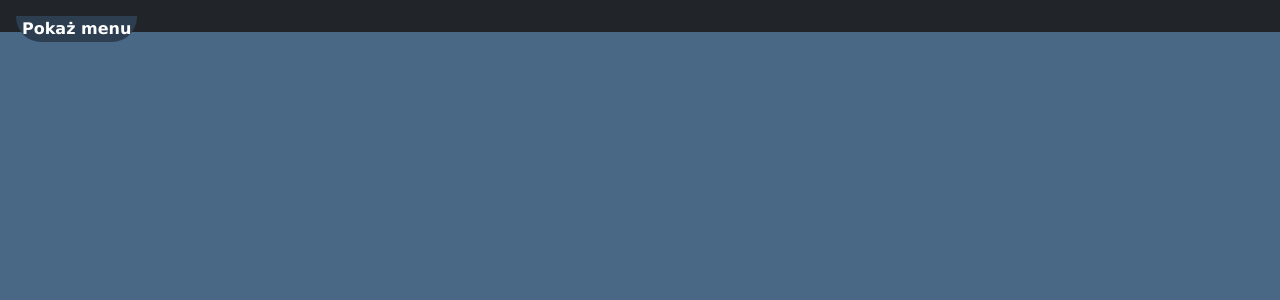
Repository: K4ziWolf/kazi
Page: /
These files come from the project's save history. The page is drawn as it stood at one moment and after the next save; the edit follows.
The browser window is 1280 px wide. The pictures show the whole page.
The project was rebuilt for these pictures with package versions that can differ from the ones it lists, and the page was loaded fresh each time. Also part of the build but not shown: vue.config.js, src/components/menu_screen.vue, src/components/login_screen.vue, src/components/option_screen.vue.

Above is the page before, as saved 2023-10-20 21:21:57.

After the next save:
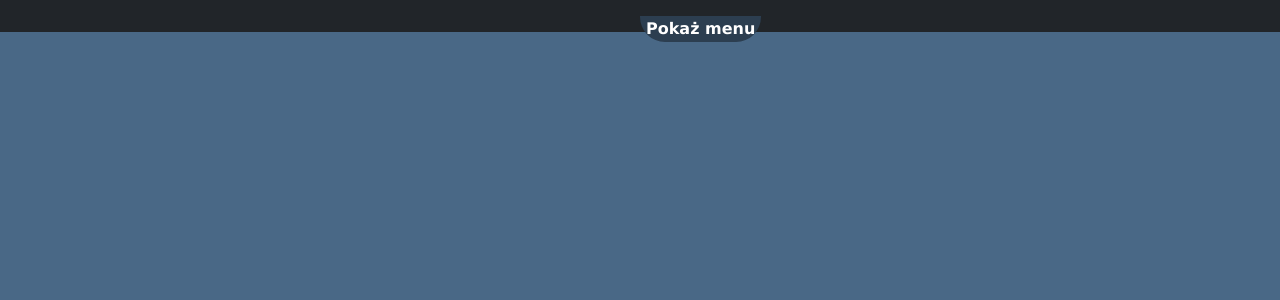
Saved 23 s later.
--- a/src/App.vue
+++ b/src/App.vue
@@ -126,8 +126,6 @@ body { /*testy moje do zmiany */
 }
 .x-btn {
   background-color: rgb(61, 61, 61);
-  justify-content: left;
-  text-align: left;
 
 }
 .xd-btn {
